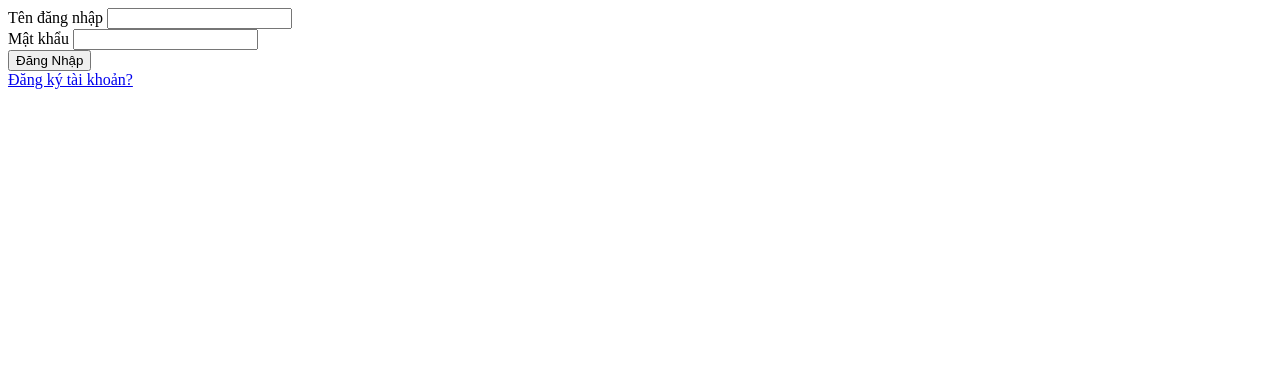
Repository: hosi04/BaiTapWeb
Page: http://localhost/BaiTapWeb_Login/views/login.jsp
The author's editor kept a copy of each file at every save. The page is drawn from the files as they stood at one save, then again after the next save.
The browser window is 1280 px wide. The pictures show the whole page.
The page is served by Tomcat 9.

Above is the page before, as saved 2024-09-07 13:51:35.

After the next save:
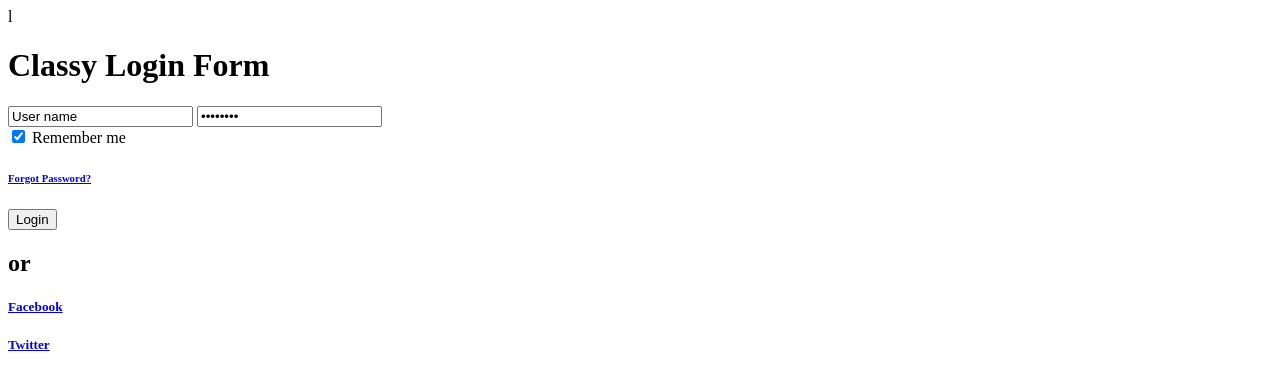
Saved 78 s later.
--- a/BaiTapWeb_Login/src/main/webapp/views/login.jsp
+++ b/BaiTapWeb_Login/src/main/webapp/views/login.jsp
@@ -14,23 +14,45 @@ String url = request.getScheme() + "://" + request.getServerName() + ":" + reque
 </head>
 <body>
 
-	<form action="<%=url %>/Login" method="post">
-		<div>
-			<label>Tên đăng nhập</label>
-			<input type="text" name="tenDangNhap"/>
+l<!--header start here-->
+<div class="header">
+		<div class="header-main">
+		       <h1>Classy Login Form</h1>
+			<div class="header-bottom">
+				<div class="header-right w3agile">
+
+					<div class="header-left-bottom agileinfo">
+
+					 <form action="#" method="post">
+						<input type="text"  value="User name" name="name" onfocus="this.value = '';" onblur="if (this.value == '') {this.value = 'User name';}"/>
+					<input type="password"  value="Password" name="password" onfocus="this.value = '';" onblur="if (this.value == '') {this.value = 'password';}"/>
+						<div class="remember">
+			             <span class="checkbox1">
+							   <label class="checkbox"><input type="checkbox" name="" checked=""><i> </i>Remember me</label>
+						 </span>
+						 <div class="forgot">
+						 	<h6><a href="#">Forgot Password?</a></h6>
+						 </div>
+						<div class="clear"> </div>
+					  </div>
+
+						<input type="submit" value="Login">
+					</form>
+					<div class="header-left-top">
+						<div class="sign-up"> <h2>or</h2> </div>
+					</div>
+					<div class="header-social wthree">
+							<a href="#" class="face"><h5>Facebook</h5></a>
+							<a href="#" class="twitt"><h5>Twitter</h5></a>
+					</div>
+
+				</div>
+				</div>
+
+			</div>
 		</div>
-
-		<div>
-			<label>Mật khẩu</label>
-			<input type="password" name="matKhau"/>
-		</div>
-
-		<div>
-			<input type="submit" value="Đăng Nhập"/>
-		</div>
-		<a href="register.jsp">Đăng ký tài khoản?</a>
-
-	</form>
+</div>
+<!--header end here-->
 
 </body>
 </html>
